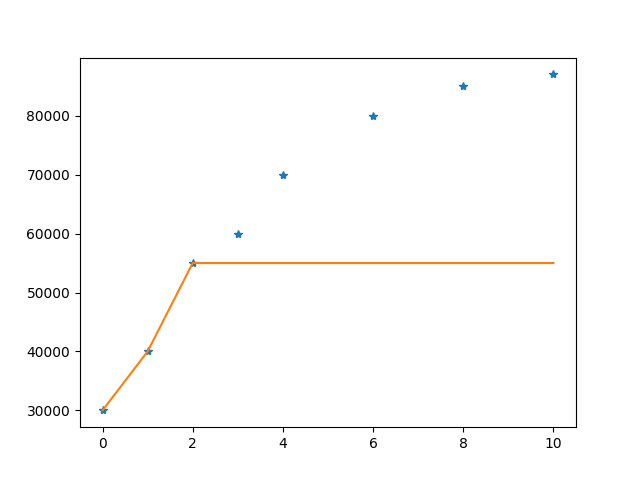
Repository: AbolfazlDargi/The-EXTENT-of-the-impact-of-rights
Script's output: python main.py
The author's editor kept a copy of each file at every save. The script's output is drawn from the files as they stood at one save, then again after a run of saves.
Random numbers start from a fixed seed.

Above is the script's output before, as saved 2025-12-10 21:01:17.

### main.py
import matplotlib.pyplot as plt
import numpy as np
from sklearn.tree import DecisionTreeClassifier

years_of_experience = np.array([0,1, 2, 3, 4, 6, 8,10]).reshape(-1,1)
years_salieser = np.array([30000, 40000, 55000, 60000, 70000, 80000, 85000, 87000])

# plt.plot(years_of_experience, years_salieser, '*')
# plt.show()

model = DecisionTreeClassifier(max_depth=2)
model.fit(years_of_experience, years_salieser)

y_predict = model.predict(years_of_experience)

plt.plot(years_of_experience, years_salieser, '*')
plt.plot(years_of_experience, y_predict)
plt.show()

After the next 2 saves:
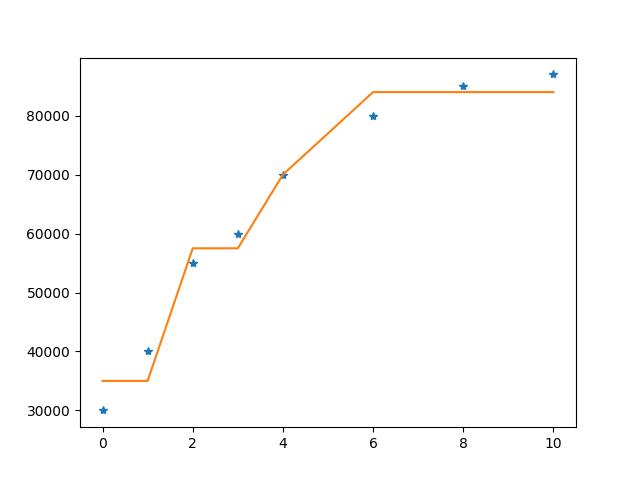
The 2 saves are shown as one change because 1 did not build or start.
The last was saved 2 min 15 s later.
--- a/main.py
+++ b/main.py
@@ -1,6 +1,6 @@
 import matplotlib.pyplot as plt
 import numpy as np
-from sklearn.tree import DecisionTreeClassifier
+from sklearn.tree import DecisionTreeRegressor
 
 years_of_experience = np.array([0,1, 2, 3, 4, 6, 8,10]).reshape(-1,1)
 years_salieser = np.array([30000, 40000, 55000, 60000, 70000, 80000, 85000, 87000])
@@ -8,7 +8,7 @@ years_salieser = np.array([30000, 40000, 55000, 60000, 70000, 80000, 85000, 8700
 # plt.plot(years_of_experience, years_salieser, '*')
 # plt.show()
 
-model = DecisionTreeClassifier(max_depth=2)
+model = DecisionTreeRegressor(max_depth=2)
 model.fit(years_of_experience, years_salieser)
 
 y_predict = model.predict(years_of_experience)
